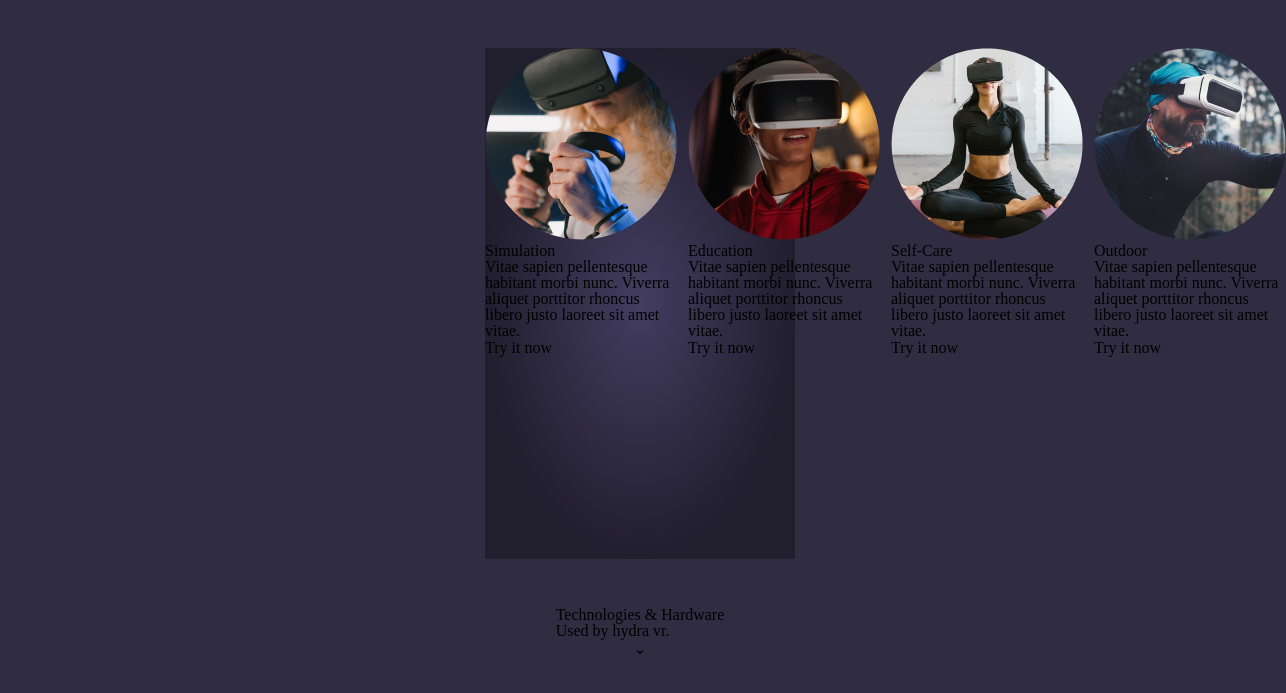
Repository: xMargi/Hydra-LandingPage
Page: index.html
These files come from the project's save history. The page is drawn as it stood at one moment and after the next save; the edit follows.
The browser window is 1280 px wide. The page is 1286 px wide, then 1280 px, so the pictures cover 1286 px, including what lies to the right of the window. The pictures show the whole page.

Above is the page before, as saved 2023-06-07 20:07:12.

After the next save:
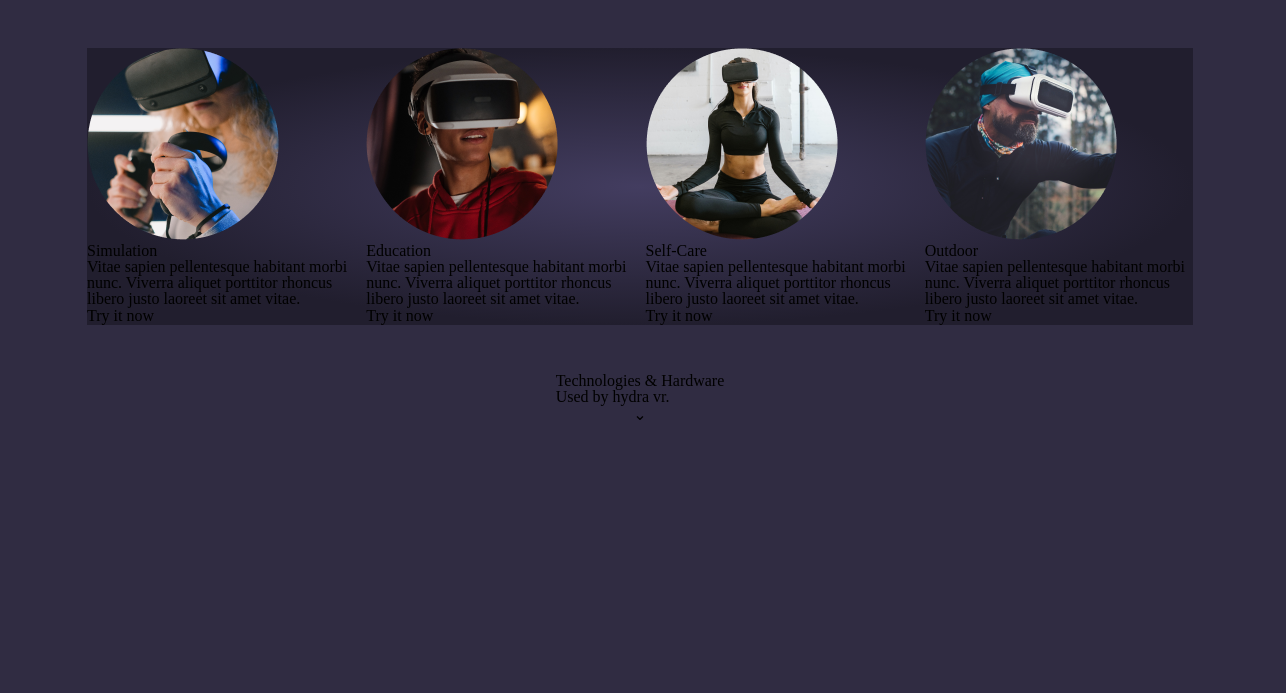
Saved 10 s later.
--- a/style.css
+++ b/style.css
@@ -25,6 +25,4 @@ body{
     display: flex;
     background: var(--cor-cartao);
     gap: 0.6875rem;
-    width: 310px;
-    height: 511px;
 }
